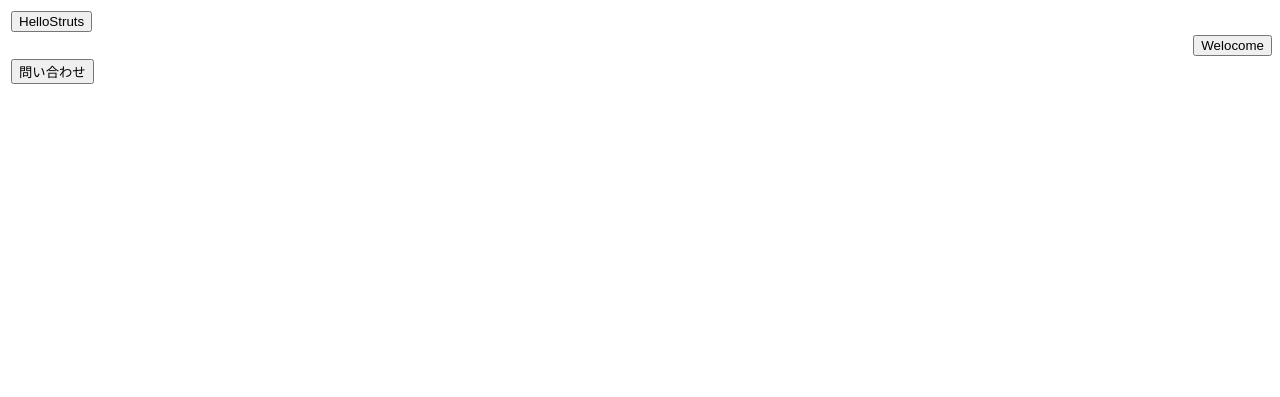
Repository: teru1236/test
Page: http://localhost/WebProj3/
An editor plug-in stored every save of this project. The page is shown before and after the next save, followed by the edit.
The browser window is 1280 px wide. The pictures show the whole page.
The page is served by Tomcat 9. Other server files are loaded and not shown.

Above is the page before, as saved 2018-03-02 06:25:50.

### WebProj3/WebContent/index.jsp
<%@ page language="java" contentType="text/html; charset=UTF-8"
    pageEncoding="UTF-8"%>
<%@ taglib prefix="s" uri="/struts-tags" %>
<!DOCTYPE html PUBLIC "-//W3C//DTD HTML 4.01 Transitional//EN" "http://www.w3.org/TR/html4/loose.dtd">
<html>
<head>
<meta http-equiv="Content-Type" content="text/html; charset=UTF-8">
<title>INDEX</title>
</head>
<body>

	<s:form action="HelloStrutsAction">
		<s:submit value="HelloStruts"/>
	</s:form>

	<form action="WelocomeAction">
		<s:submit value="Welocome"/>
	</form>

	<s:form action="InquiryAction">
		<s:submit value="問い合わせ"/>
	</s:form>

</body>
</html>

After the next save:
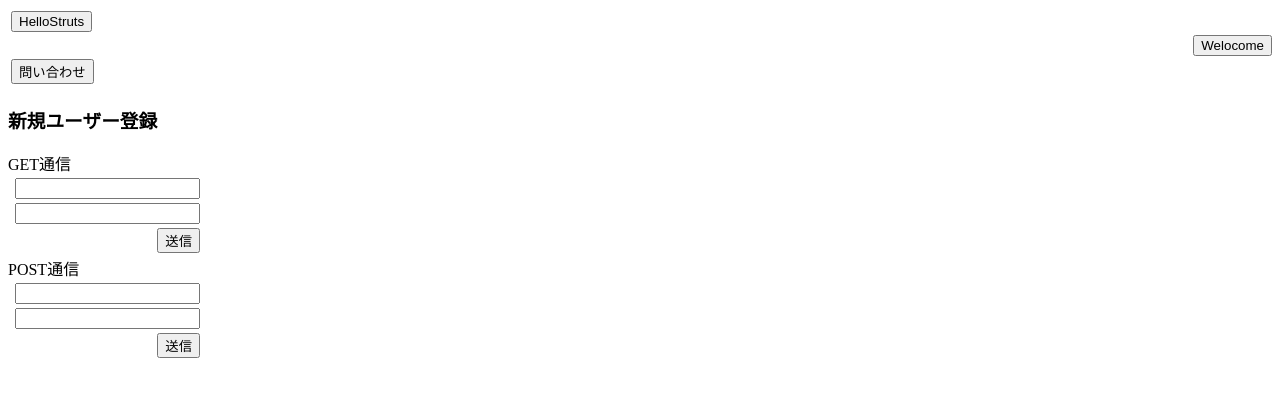
Saved 3 min 50 s later.
--- a/WebProj3/WebContent/index.jsp
+++ b/WebProj3/WebContent/index.jsp
@@ -21,5 +21,18 @@
 		<s:submit value="問い合わせ"/>
 	</s:form>
 
+	<h3>新規ユーザー登録</h3>
+	GET通信
+	<s:form method="get" action="TestAction">
+		<s:textfield name="username"/>
+		<s:password name="password"/>
+		<s:submit value="送信"/>
+	</s:form>
+	POST通信
+	<s:form method="post" action="TestAction">
+		<s:textfield name="username"/>
+		<s:password name="password"/>
+		<s:submit value="送信"/>
+	</s:form>
 </body>
 </html>
